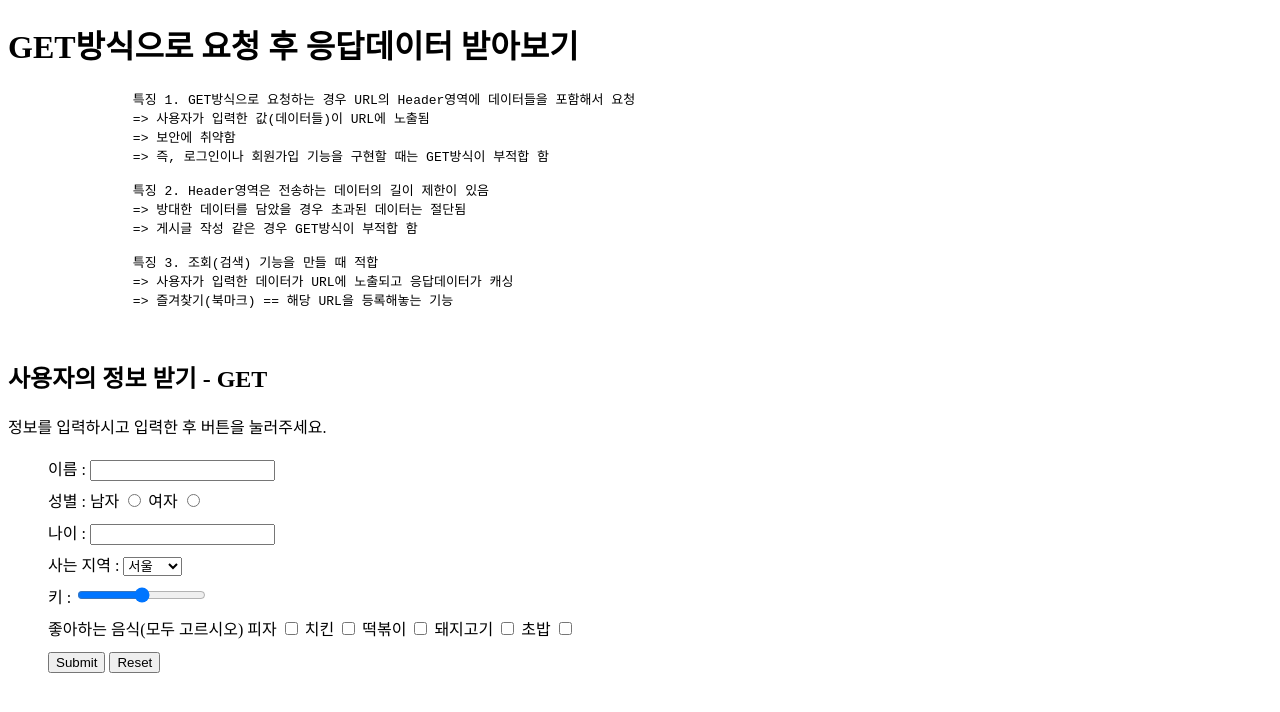
Repository: Rostreaca/0922_Web
Page: MyFirstWebProject/src/main/webapp/views/request_get.html
The author's editor kept a copy of each file at every save. The page is drawn from the files as they stood at one save, then again after the next save.
The browser window is 1280 px wide. The pictures show the whole page.

Above is the page before, as saved 2025-09-22 08:18:08.

After the next save:
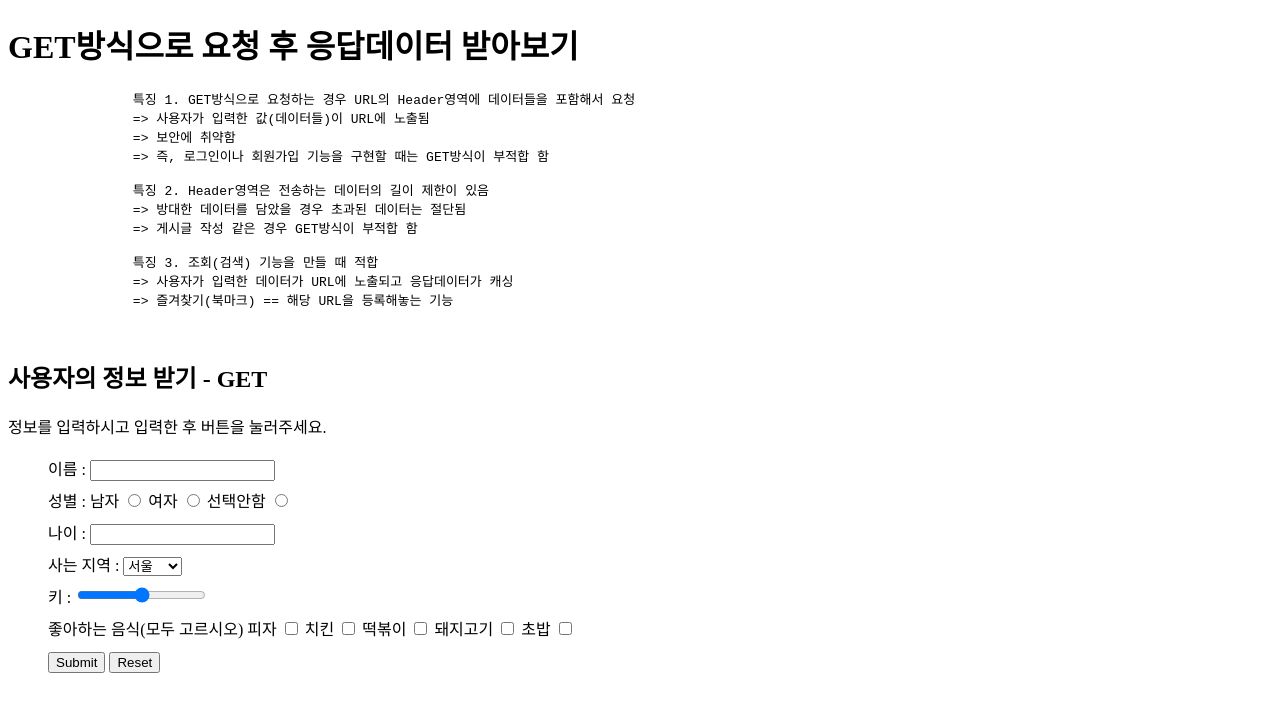
Saved 14 s later.
--- a/MyFirstWebProject/src/main/webapp/views/request_get.html
+++ b/MyFirstWebProject/src/main/webapp/views/request_get.html
@@ -41,6 +41,7 @@
 				성별 :
 				남자 <input type="radio" name="gender"/>
 				여자 <input type="radio" name="gender"/>
+				선택안함 <input type="radio" name="gender"/>
 			</li>
 			<li>
 				나이 : <input type="number" />
